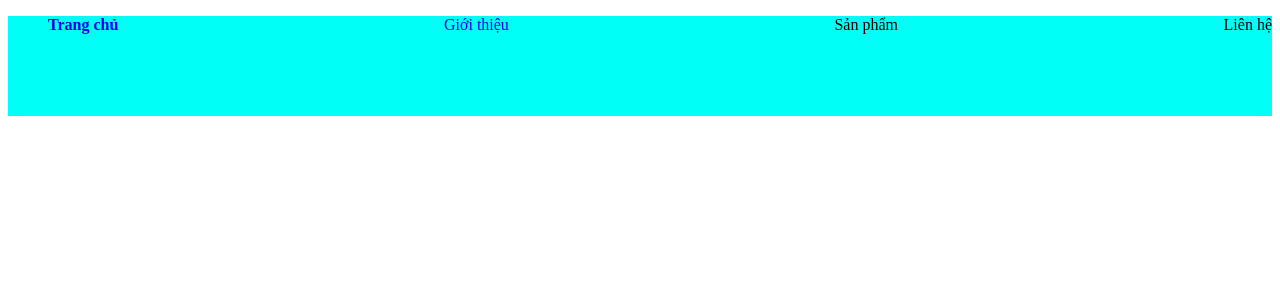
Repository: Tan-Khang21/TH_TKW--Buoi_03
Page: BT_ve_nha/Bai_1/nav.html
An editor plug-in stored every save of this project. The page is shown before and after the next save, followed by the edit.
The browser window is 1280 px wide. The pictures show the whole page.

Above is the page before, as saved 2024-02-28 19:24:15.

After the next save:
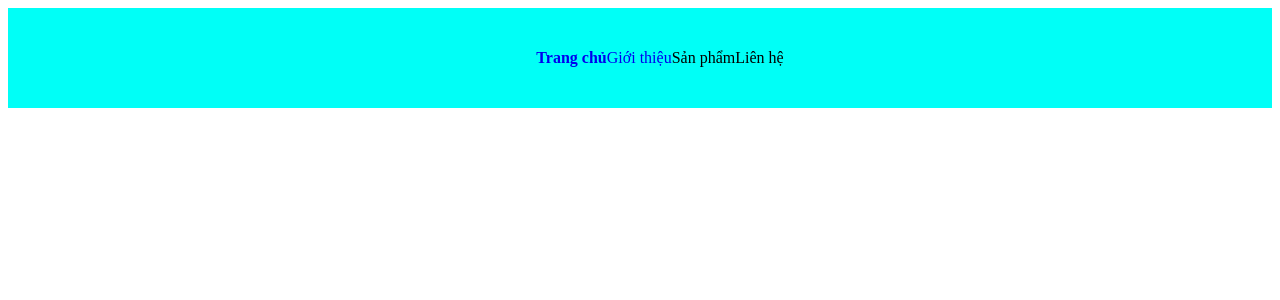
Saved 99 s later.
--- a/BT_ve_nha/Bai_1/nav.html
+++ b/BT_ve_nha/Bai_1/nav.html
@@ -6,7 +6,7 @@
     <title>Document</title>
   </head>
   <body>
-    <div style="background-color: #00fff7; width: 100%; height: 100px;">
+    <div style="background-color: #00fff7; width: 100%; height: 100px; display: flex; justify-content: center;">
       <ul type="none" style="display: flex; justify-content: space-between; align-items: center;">
         <li><a href="#" style="text-decoration: none; font-weight: bold;">Trang chủ</a></li>
         <li><a href="#" style="text-decoration: none;">Giới thiệu</a></li>
